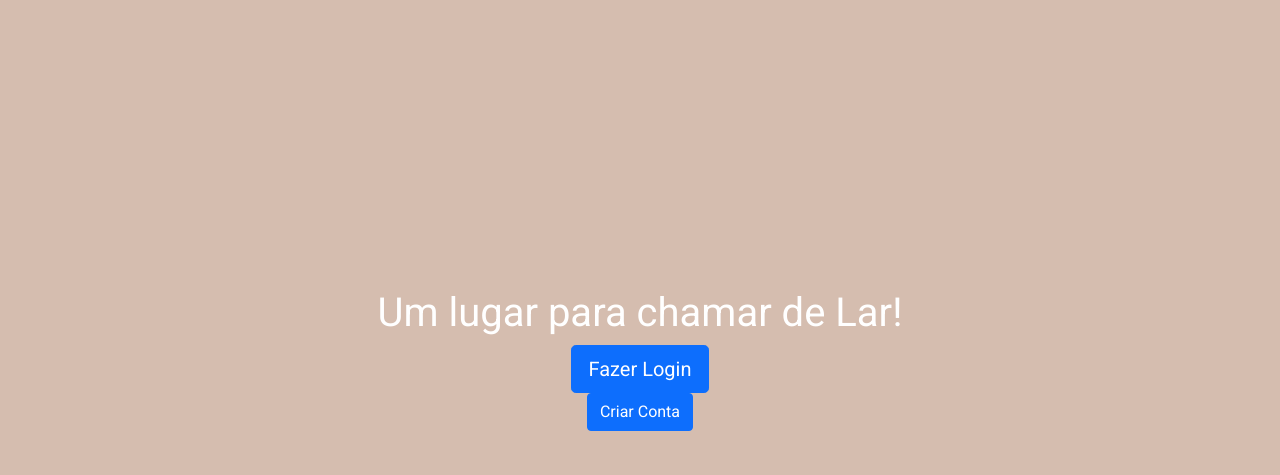
Repository: telesbp/Projeto-4-e-Projeto-5
Page: / (app in front-end/)
The author's editor kept a copy of each file at every save. The page is drawn from the files as they stood at one save, then again after the next save.
The browser window is 1280 px wide. The pictures show the whole page.
The project was rebuilt for these pictures with package versions that can differ from the ones it lists, and the page was loaded fresh each time.

Above is the page before, as saved 2022-07-17 13:58:34.

### front-end/public/index.html
<!DOCTYPE html>
<html lang="pt-BR">
  <head>
    <meta charset="utf-8" />
    <link rel="icon" href="%PUBLIC_URL%/favicon.ico" />
    <meta name="viewport" content="width=device-width, initial-scale=1" />
    <meta name="theme-color" content="#000000" />
    <meta
      name="description"
      content="Seu negócio automatizado!"
    />
    <link rel="apple-touch-icon" href="%PUBLIC_URL%/logo192.png" />
    <!--
      manifest.json provides metadata used when your web app is installed on a
      user's mobile device or desktop. See https://developers.google.com/web/fundamentals/web-app-manifest/
    -->
    <link rel="manifest" href="%PUBLIC_URL%/manifest.json" />
    <!--
      Notice the use of %PUBLIC_URL% in the tags above.
      It will be replaced with the URL of the `public` folder during the build.
      Only files inside the `public` folder can be referenced from the HTML.

      Unlike "/favicon.ico" or "favicon.ico", "%PUBLIC_URL%/favicon.ico" will
      work correctly both with client-side routing and a non-root public URL.
      Learn how to configure a non-root public URL by running `npm run build`.
    -->
    <title>Stagio</title>

    <link rel="preconnect" href="https://fonts.googleapis.com">
    <link rel="preconnect" href="https://fonts.gstatic.com" crossorigin>
    <link href="https://fonts.googleapis.com/css2?family=Roboto:wght@400;700&display=swap" rel="stylesheet">
  </head>
  <body>
    <noscript>You need to enable JavaScript to run this app.</noscript>
    <div id="root"></div>
    <!--
      This HTML file is a template.
      If you open it directly in the browser, you will see an empty page.

      You can add webfonts, meta tags, or analytics to this file.
      The build step will place the bundled scripts into the <body> tag.

      To begin the development, run `npm start` or `yarn start`.
      To create a production bundle, use `npm run build` or `yarn build`.
    -->
  </body>
</html>

### front-end/src/index.tsx
import React from 'react';
import ReactDOM from 'react-dom/client';
import App from './App';
import 'bootstrap/dist/css/bootstrap.min.css';
import { BrowserRouter } from 'react-router-dom';
import 'react-toastify/dist/ReactToastify.css';
import { ToastContainer } from 'react-toastify';
import { GlobalStyle } from './assets/img/css/global';

const root = ReactDOM.createRoot(
  document.getElementById('root') as HTMLElement
);
root.render(
  <React.StrictMode>
    <BrowserRouter>
    <GlobalStyle/>
      <App />
      <ToastContainer/>
    </BrowserRouter>
  </React.StrictMode>
);

### front-end/src/App.tsx
import { HomeView } from "./views/Home";

function App() {
  return (
    <HomeView/>
  );
}

export default App;

### front-end/src/assets/img/css/global.ts
import { createGlobalStyle } from "styled-components";

export const GlobalStyle = createGlobalStyle`
    body{
       font-family: 'Roboto', sans-serif;
    }
`

### front-end/src/views/Home/index.tsx
import { Button, Container } from "react-bootstrap";
import styled from "styled-components";

export function HomeView(){
    return(
        <Banner className="vh-100">
            <Container className="h-100 d-flex flex-column justify-content-center align-items-center">
                <h1 className="text-center text-white text-lg-start">Um lugar para chamar de Lar!</h1>
                <Button size="lg">Fazer Login</Button>
                <Button>Criar Conta</Button>
            </Container>
        </Banner>
    )
}

const Banner = styled.div`
    background-color: #d5bdaf;
`

After the next save:
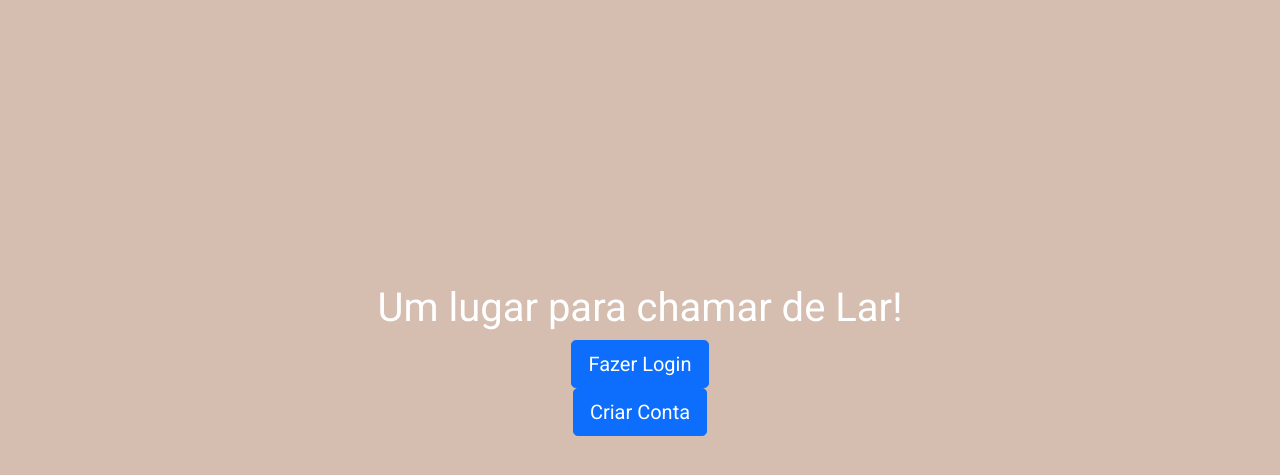
Saved 8 s later.
--- a/front-end/src/views/Home/index.tsx
+++ b/front-end/src/views/Home/index.tsx
@@ -7,7 +7,7 @@ export function HomeView(){
             <Container className="h-100 d-flex flex-column justify-content-center align-items-center">
                 <h1 className="text-center text-white text-lg-start">Um lugar para chamar de Lar!</h1>
                 <Button size="lg">Fazer Login</Button>
-                <Button>Criar Conta</Button>
+                <Button size="lg">Criar Conta</Button>
             </Container>
         </Banner>
     )
